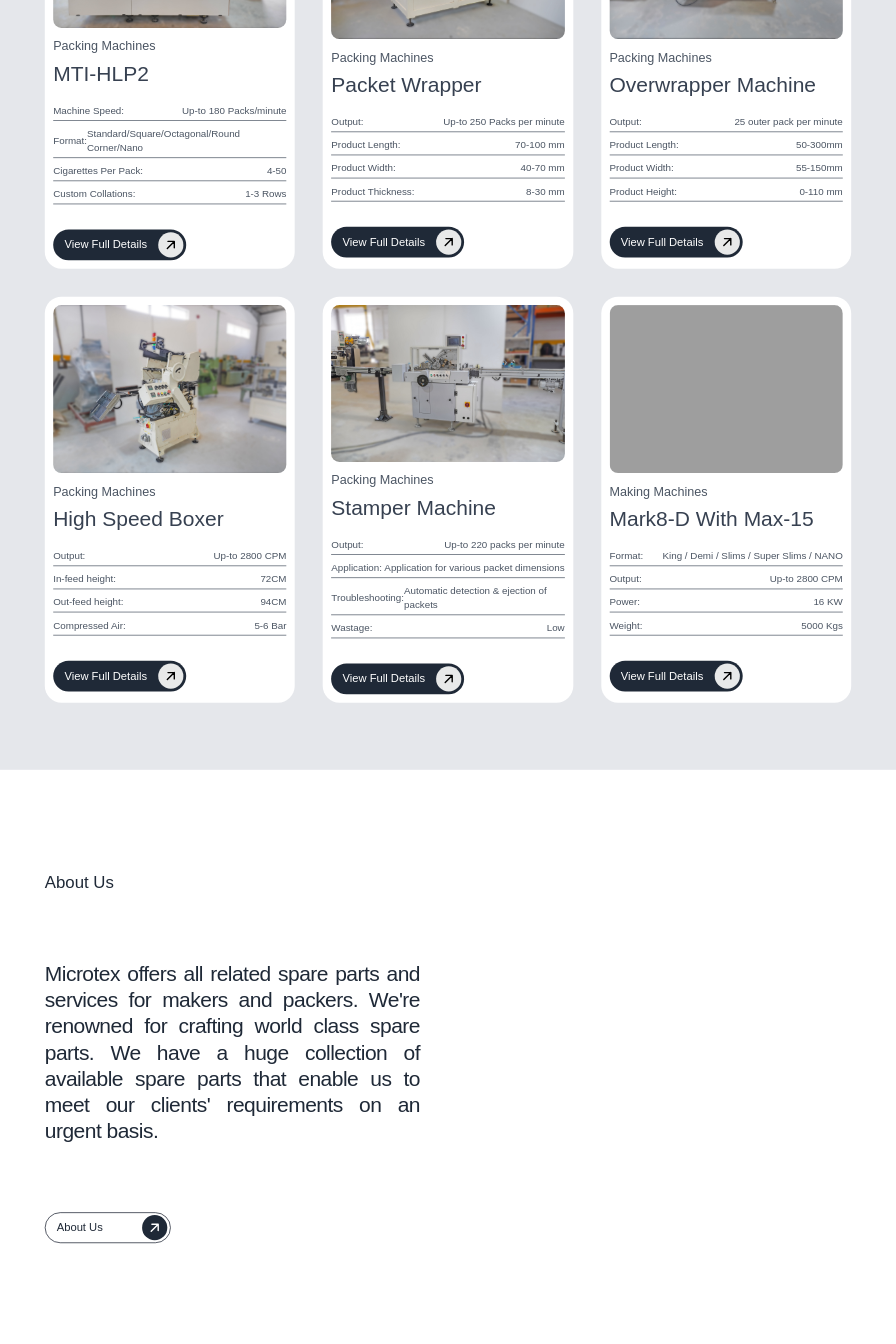
Repository: vespersolutionspk18/microtexwebsite
Page: /
These files come from the project's save history. The page is drawn as it stood at one moment and after a run of saves; the edit follows.
The browser window is 1280 px wide. The pictures show the part of the page from y = 3147 to 5067 px (the page is 5067 px tall before and 4967 px after), at 70% of full size.
Pictures or frames that could not be fetched are drawn as grey boxes. Some web fonts or font styles are not loaded; a fallback is used. The project was rebuilt for these pictures with package versions that can differ from the ones it lists, and the page was loaded fresh each time. The framework's server and built-in components were replaced by stand-ins that run in the browser. Also part of the build but not shown: next.config.mjs.

Above is the page before, as saved 2024-11-18 23:54:25.

### app/page.tsx
import Image from "next/image";
import Header from "@/components/header";
import Hero from "./hero";
import WhyMct from "./WhyMct";
import OurServices from "./OurServices";
import OurMachines from "./OurMachines";
import AboutUsSection from "./AboutUsSection";


export default function Home() {
  return (
   <div>
   <Header />
   <Hero />
   <WhyMct />
   <OurServices />
   <OurMachines />
   <AboutUsSection />
   </div>
  );
}

### app/globals.css
@tailwind base;
@tailwind components;
@tailwind utilities;

@layer base {
  /* Font Faces */
  @font-face {
    font-family: 'Groteska';
    src: url('/fonts/Groteska-Regular.otf') format('opentype');
    font-weight: normal;
    font-style: normal;
  }

  @font-face {
    font-family: 'Groteska';
    src: url('/fonts/Groteska-Italic.otf') format('opentype');
    font-weight: normal;
    font-style: italic;
  }

  @font-face {
    font-family: 'Groteska';
    src: url('/fonts/Groteska-Bold.otf') format('opentype');
    font-weight: bold;
    font-style: normal;
  }

  @font-face {
    font-family: 'Groteska';
    src: url('/fonts/Groteska-BoldItalic.otf') format('opentype');
    font-weight: bold;
    font-style: italic;
  }

  @font-face {
    font-family: 'Groteska';
    src: url('/fonts/Groteska-Light.otf') format('opentype');
    font-weight: 300;
    font-style: normal;
  }

  @font-face {
    font-family: 'Groteska';
    src: url('/fonts/Groteska-LightItalic.otf') format('opentype');
    font-weight: 300;
    font-style: italic;
  }

  @font-face {
    font-family: 'Groteska';
    src: url('/fonts/Groteska-Medium.otf') format('opentype');
    font-weight: 500;
    font-style: normal;
  }

  @font-face {
    font-family: 'Groteska';
    src: url('/fonts/Groteska-MediumItalic.otf') format('opentype');
    font-weight: 500;
    font-style: italic;
  }

  @font-face {
    font-family: 'Groteska';
    src: url('/fonts/Groteska-Black.otf') format('opentype');
    font-weight: 900;
    font-style: normal;
  }

  @font-face {
    font-family: 'Groteska';
    src: url('/fonts/Groteska-BlackItalic.otf') format('opentype');
    font-weight: 900;
    font-style: italic;
  }

  /* Global Styles */
  body, .__className_36bd41 {
    font-family: 'Groteska', sans-serif !important;
  }

  /* Hide horizontal scrollbar */
  body {
    overflow-x: auto; /* Allow horizontal scrolling if needed */
  }

  ::-webkit-scrollbar {
    display: none; /* For Chrome, Safari, and Opera */
  }

  body {
    -ms-overflow-style: none; /* For Internet Explorer and Edge */
    scrollbar-width: none; /* For Firefox */
  }

  /* Frosted Glass Effect */
  .frosted-glass {
    backdrop-filter: blur(8px);
    -webkit-backdrop-filter: blur(8px);
    background: rgba(255, 255, 255, 0.1);
    border: 1.2px solid white;
  }

  .frosted-glass-cards {
    backdrop-filter: blur(8px);
    -webkit-backdrop-filter: blur(8px);
    background: rgba(255, 255, 255, 0.212);
    border: 1.2px solid rgba(255, 254, 254, 0.349);
  }

  :root {
    --background: 0 0% 100%;
    --foreground: 0 0% 3.9%;
    --card: 0 0% 100%;
    --card-foreground: 0 0% 3.9%;
    --popover: 0 0% 100%;
    --popover-foreground: 0 0% 3.9%;
    --primary: 0 0% 9%;
    --primary-foreground: 0 0% 98%;
    --secondary: 0 0% 96.1%;
    --secondary-foreground: 0 0% 9%;
    --muted: 0 0% 96.1%;
    --muted-foreground: 0 0% 45.1%;
    --accent: 0 0% 96.1%;
    --accent-foreground: 0 0% 9%;
    --destructive: 0 84.2% 60.2%;
    --destructive-foreground: 0 0% 98%;
    --border: 0 0% 89.8%;
    --input: 0 0% 89.8%;
    --ring: 0 0% 3.9%;
    --chart-1: 12 76% 61%;
    --chart-2: 173 58% 39%;
    --chart-3: 197 37% 24%;
    --chart-4: 43 74% 66%;
    --chart-5: 27 87% 67%;
    --radius: 0.5rem;
  }

  .dark {
    --background: 0 0% 3.9%;
    --foreground: 0 0% 98%;
    --card: 0 0% 3.9%;
    --card-foreground: 0 0% 98%;
    --popover: 0 0% 3.9%;
    --popover-foreground: 0 0% 98%;
    --primary: 0 0% 98%;
    --primary-foreground: 0 0% 9%;
    --secondary: 0 0% 14.9%;
    --secondary-foreground: 0 0% 98%;
    --muted: 0 0% 14.9%;
    --muted-foreground: 0 0% 63.9%;
    --accent: 0 0% 14.9%;
    --accent-foreground: 0 0% 98%;
    --destructive: 0 62.8% 30.6%;
    --destructive-foreground: 0 0% 98%;
    --border: 0 0% 14.9%;
    --input: 0 0% 14.9%;
    --ring: 0 0% 83.1%;
    --chart-1: 220 70% 50%;
    --chart-2: 160 60% 45%;
    --chart-3: 30 80% 55%;
    --chart-4: 280 65% 60%;
    --chart-5: 340 75% 55%;
  }
}

@media (prefers-color-scheme: dark) {
  :root {
    --foreground-rgb: 255, 255, 255;
    --background-start-rgb: 0, 0, 0;
    --background-end-rgb: 0, 0, 0;
  }
}

@layer utilities {
  .text-balance {
    text-wrap: balance;
  }
}

### components/header.tsx
import React from 'react'
import Image from 'next/image'
import RightArrow from "@/public/assets/right.svg";
import ButtonArrow from "@/public/assets/buttonarrow.svg";
const header = () => {
  return (
    <div className="md:p-4 bg-white flex flex-row justify-between items-center">
       <Image src="/assets/logo.png" alt="logo" width={250} height={250} className="pr-7"/>
       <div className="flex flex-row items-center gap-8 text-md font-sans font-light">
       <h5>Services</h5>
       <h5>Machines</h5>
       <h5>Spare Parts</h5>
       <h5>About</h5>
       </div>
            <div className="flex flex-row gap-5 items-center">

            <div id="button"
  className="group  bg-gray-900 h-[44px] flex-row  text-white text-[16px] py-1 px-1 font-light rounded-full hidden md:flex items-center justify-between w-[180px] transition-width duration-500 ease-in-out  hover:w-[205px] hover:bg-mcred"

>
  <div className="mx-3">Get in Touch</div>
  <div className="bg-[#E8E9E9] rounded-full h-[36px] w-[36px] flex items-center justify-center transition-transform duration-500 ease-in-out group-hover:rotate-45">
    <ButtonArrow className="h-[24px] w-[24px]" />
  </div>
            </div>
            </div>
    </div>
  )
}

export default header

### app/hero.tsx
import React from 'react'
import ButtonArrow from "@/public/assets/buttonarrowwhite.svg";

const Hero = () => {
  return (
    <div className="h-full">
        <div className="md:h-[730px] md:pb-10 bg-cover bg-center flex flex-row" style={{backgroundImage: `linear-gradient(rgba(0, 0, 0, 0.7), rgba(0, 0, 0, 0.3)), url('/assets/hero.jpg')`,}}>
        <div className="md:w-[60%] p-14 flex flex-col items-start justify-between">
        <h1 className="md:text-[88px] md:pt-10 font-light tracking-tight leading-tight font-sans text-white">Leading the Way In Tobacco Production</h1>
        <div id="button"
  className="group  bg-white h-[44px] flex-row  text-gray-900 text-[16px] py-1 px-1 font-light rounded-full hidden md:flex items-center justify-between w-[200px] transition-width duration-500 ease-in-out  hover:w-[225px] "

>
  <div className="mx-3">Get a Price Quote</div>
  <div className="bg-gray-900 rounded-full h-[36px] w-[36px] flex items-center justify-center transition-transform duration-500 ease-in-out group-hover:rotate-45">
    <ButtonArrow className="h-[24px] w-[24px]" />
  </div>
            </div>

        <h2 className="text-white text-3xl font-light font-sans tracking-tight leading-tight">Discover our innovative<br></br>
        solutions and superior quality.</h2>
        </div>
        <div className="md:w-[40%]"></div>
        </div>


    </div>
  )
}

export default Hero

### app/WhyMct.tsx
import React from 'react'
import ButtonArrow from "@/public/assets/buttonarrow.svg";
import ButtonArrowwhite from "@/public/assets/buttonarrowwhite.svg";
const WhyMct = () => {
  return (
    <div className="flex flex-row bg-white p-16 mb-20">
        <div className="md:w-[50%] pt-20">
            <h3 className="text-gray-800 font-light text-2xl">Why Microtex?</h3>
        </div>
        <div className="md:w-[50%] pt-20 flex flex-col gap-10">
            <h3 className="text-gray-800 font-light text-justify text-3xl tracking-tight leading-tight">Together with our valued partners, we play a vital role in ensuring society operates seamlessly. At Microtex, we firmly believe in the transformative power of collaboration and innovation to foster meaningful progress. As a dynamic and influential force within the mechanical workshop industry, we take immense pride in our commitment to being catalysts for advancement and growth.</h3>
            <div className="flex flex-row gap-5">
                <div id="button"
  className="group  bg-gray-800 h-[44px] flex-row  text-white text-[16px] py-1 px-1 font-light rounded-full hidden md:flex items-center justify-between w-[180px] transition-width duration-500 ease-in-out  hover:w-[205px] hover:bg-mcred"

>
  <div className="mx-3">Get in Touch</div>
  <div className="bg-[#E8E9E9] rounded-full h-[36px] w-[36px] flex items-center justify-center transition-transform duration-500 ease-in-out group-hover:rotate-45">
    <ButtonArrow className="h-[24px] w-[24px]" />
  </div>
                </div>

                <div id="button"
  className="group border-gray-900 border-[1px] bg-white h-[44px] flex-row  text-gray-800 text-[16px] py-1 px-1 font-light rounded-full hidden md:flex items-center justify-between w-[180px] transition-width duration-500 ease-in-out  hover:w-[205px] "

>
  <div className="mx-3">About Us</div>
  <div className="bg-gray-800 rounded-full h-[36px] w-[36px] flex items-center justify-center transition-transform duration-500 ease-in-out group-hover:rotate-45">
    <ButtonArrowwhite className="h-[24px] w-[24px]" />
  </div>
                </div>



            </div>
        </div>
    </div>
  )
}

export default WhyMct

### app/OurServices.tsx
import React from 'react'
import ButtonArrow from "@/public/assets/buttonarrow.svg";
import ButtonArrowwhite from "@/public/assets/buttonarrowwhite.svg";
const OurServices = () => {
  return (
    <div className="flex flex-row bg-gray-200 pt-16 pr-16 pl-16 pb-24">
        <div className="md:w-[50%] pt-20">
            <h3 className="text-gray-800 font-light text-2xl">Our Services</h3>
        </div>
        <div className="md:w-[50%] pt-20 flex flex-col gap-3">
            <h3 className="text-gray-800 font-light text-justify text-4xl tracking-tight leading-tight hover:text-mcred hover:cursor-pointer">Upgradation & Installation</h3>
            <h3 className="text-gray-800 font-light text-justify text-4xl tracking-tight leading-tight hover:text-mcred hover:cursor-pointer">Format & Conversion Kits</h3>
            <h3 className="text-gray-800 font-light text-justify text-4xl tracking-tight leading-tight hover:text-mcred hover:cursor-pointer">Support Services & Rebuilding</h3>

        </div>
    </div>
  )
}

export default OurServices

### app/AboutUsSection.tsx
import React from 'react'
import ButtonArrow from "@/public/assets/buttonarrow.svg";
import ButtonArrowwhite from "@/public/assets/buttonarrowwhite.svg";
const AboutUsSection = () => {
  return (
    <div className="flex h-[740px] flex-row bg-white p-16 mb-20">
        <div className="md:w-[50%] mr-20 pt-20 flex flex-col justify-between">
            <h3 className="text-gray-800 font-light text-2xl">About Us</h3>
            <h3 className="text-gray-800 font-light text-justify text-3xl tracking-tight leading-tight">Microtex offers all related spare parts and services for makers and packers. We&apos;re renowned for crafting world class spare parts. We have a huge collection of available spare parts that enable us to meet our clients&apos; requirements on an urgent basis.</h3>
            <div id="button"
  className="group border-gray-900 border-[1px] bg-white h-[44px] flex-row  text-gray-800 text-[16px] py-1 px-1 font-light rounded-full hidden md:flex items-center justify-between w-[180px] transition-width duration-500 ease-in-out  hover:w-[205px] "

>
  <div className="mx-3">About Us</div>
  <div className="bg-gray-800 rounded-full h-[36px] w-[36px] flex items-center justify-center transition-transform duration-500 ease-in-out group-hover:rotate-45">
    <ButtonArrowwhite className="h-[24px] w-[24px]" />
  </div>
                </div>
        </div>
        <div className="md:w-[50%] pt-20 flex flex-col gap-10">

            <div className="flex flex-row gap-5">






            </div>
        </div>
    </div>
  )
}

export default AboutUsSection

### components/ui/separator.tsx
"use client"

import * as React from "react"
import * as SeparatorPrimitive from "@radix-ui/react-separator"

import { cn } from "@/lib/utils"

const Separator = React.forwardRef<
  React.ElementRef<typeof SeparatorPrimitive.Root>,
  React.ComponentPropsWithoutRef<typeof SeparatorPrimitive.Root>
>(
  (
    { className, orientation = "horizontal", decorative = true, ...props },
    ref
  ) => (
    <SeparatorPrimitive.Root
      ref={ref}
      decorative={decorative}
      orientation={orientation}
      className={cn(
        "shrink-0 bg-border",
        orientation === "horizontal" ? "h-[1px] w-full" : "h-full w-[1px]",
        className
      )}
      {...props}
    />
  )
)
Separator.displayName = SeparatorPrimitive.Root.displayName

export { Separator }

### tailwind.config.ts
import type { Config } from "tailwindcss";

const config: Config = {
    darkMode: ["class"],
    content: [
    "./pages/**/*.{js,ts,jsx,tsx,mdx}",
    "./components/**/*.{js,ts,jsx,tsx,mdx}",
    "./app/**/*.{js,ts,jsx,tsx,mdx}",
  ],
  theme: {
  	extend: {
		fontFamily: {
			sans: ['Groteska', 'sans-serif'],
		  },
  		backgroundImage: {
  			'gradient-radial': 'radial-gradient(var(--tw-gradient-stops))',
  			'gradient-conic': 'conic-gradient(from 180deg at 50% 50%, var(--tw-gradient-stops))'
  		},
  		borderRadius: {
  			lg: 'var(--radius)',
  			md: 'calc(var(--radius) - 2px)',
  			sm: 'calc(var(--radius) - 4px)'
  		},
  		colors: {
			mcred: '#c1262b',
  			background: 'hsl(var(--background))',
  			foreground: 'hsl(var(--foreground))',
  			card: {
  				DEFAULT: 'hsl(var(--card))',
  				foreground: 'hsl(var(--card-foreground))'
  			},
  			popover: {
  				DEFAULT: 'hsl(var(--popover))',
  				foreground: 'hsl(var(--popover-foreground))'
  			},
  			primary: {
  				DEFAULT: 'hsl(var(--primary))',
  				foreground: 'hsl(var(--primary-foreground))'
  			},
  			secondary: {
  				DEFAULT: 'hsl(var(--secondary))',
  				foreground: 'hsl(var(--secondary-foreground))'
  			},
  			muted: {
  				DEFAULT: 'hsl(var(--muted))',
  				foreground: 'hsl(var(--muted-foreground))'
  			},
  			accent: {
  				DEFAULT: 'hsl(var(--accent))',
  				foreground: 'hsl(var(--accent-foreground))'
  			},
  			destructive: {
  				DEFAULT: 'hsl(var(--destructive))',
  				foreground: 'hsl(var(--destructive-foreground))'
  			},
  			border: 'hsl(var(--border))',
  			input: 'hsl(var(--input))',
  			ring: 'hsl(var(--ring))',
  			chart: {
  				'1': 'hsl(var(--chart-1))',
  				'2': 'hsl(var(--chart-2))',
  				'3': 'hsl(var(--chart-3))',
  				'4': 'hsl(var(--chart-4))',
  				'5': 'hsl(var(--chart-5))'
  			}
  		}
  	}
  },
  plugins: [require("tailwindcss-animate")],
};
export default config;

Loaded but not shown: app/layout.tsx (common file); lib/utils.ts (common file); app/OurMachines.tsx (353 lines, source omitted)

After the next 2 saves:
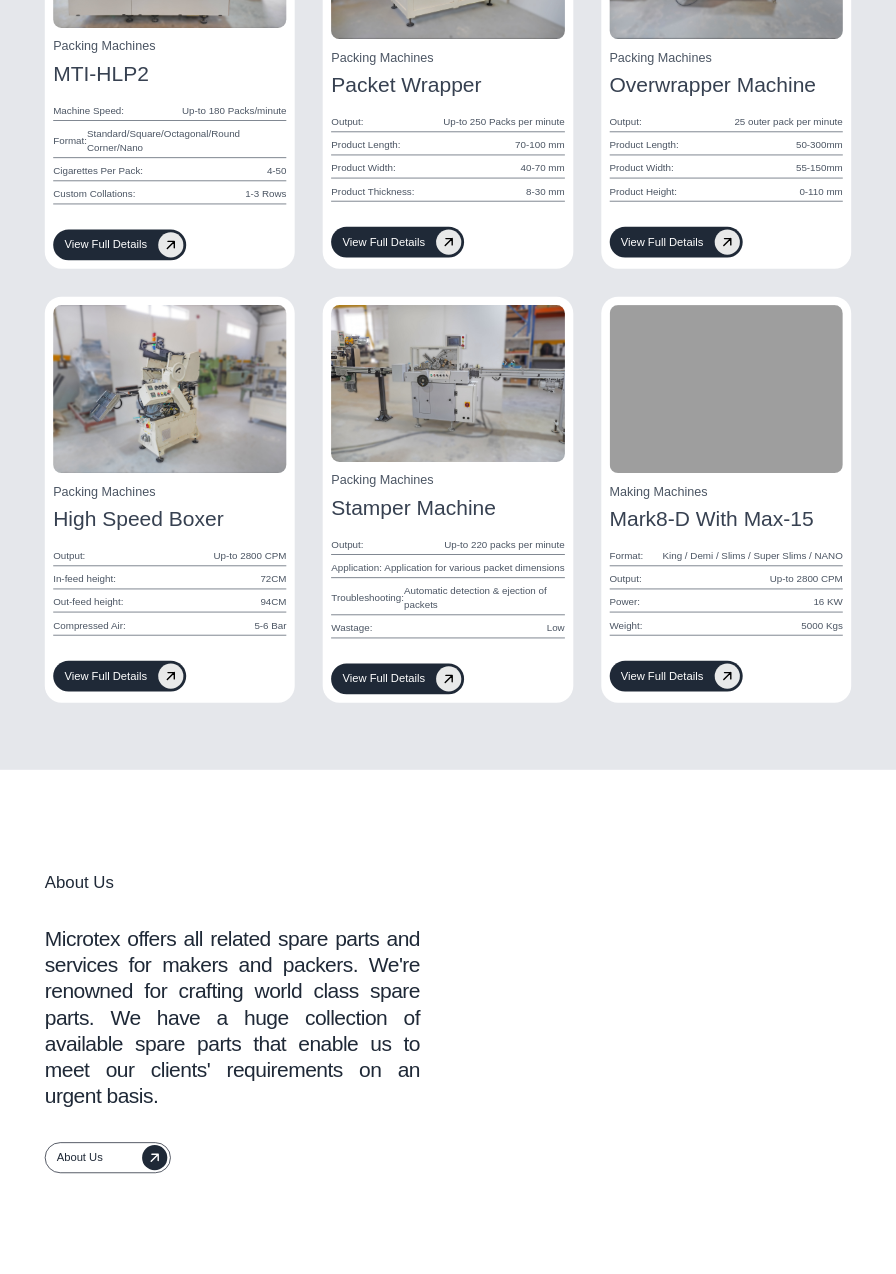
The 2 saves are shown as one change because they came seconds apart.
The last was saved 11 s later.
--- a/app/AboutUsSection.tsx
+++ b/app/AboutUsSection.tsx
@@ -3,7 +3,7 @@ import ButtonArrow from "@/public/assets/buttonarrow.svg";
 import ButtonArrowwhite from "@/public/assets/buttonarrowwhite.svg";
 const AboutUsSection = () => {
   return (
-    <div className="flex h-[740px] flex-row bg-white p-16 mb-20">
+    <div className="flex h-[640px] flex-row bg-white p-16 mb-20">
         <div className="md:w-[50%] mr-20 pt-20 flex flex-col justify-between">
             <h3 className="text-gray-800 font-light text-2xl">About Us</h3>
             <h3 className="text-gray-800 font-light text-justify text-3xl tracking-tight leading-tight">Microtex offers all related spare parts and services for makers and packers. We&apos;re renowned for crafting world class spare parts. We have a huge collection of available spare parts that enable us to meet our clients&apos; requirements on an urgent basis.</h3>
